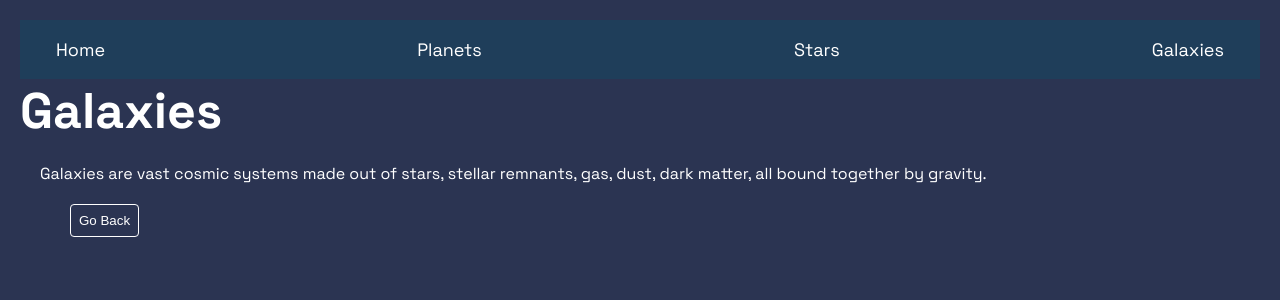
Repository: rmdayberry/Cosmic-Encyclopedia
Page: /galaxies
The author's editor kept a copy of each file at every save. The page is drawn from the files as they stood at one save, then again after the next save.
The browser window is 1280 px wide. The pictures show the whole page.
The project was rebuilt for these pictures with package versions that can differ from the ones it lists, and the page was loaded fresh each time. Also part of the build but not shown: vite.config.js, src/pages/Homepage.js.

Above is the page before, as saved 2024-08-31 16:12:11.

After the next save:
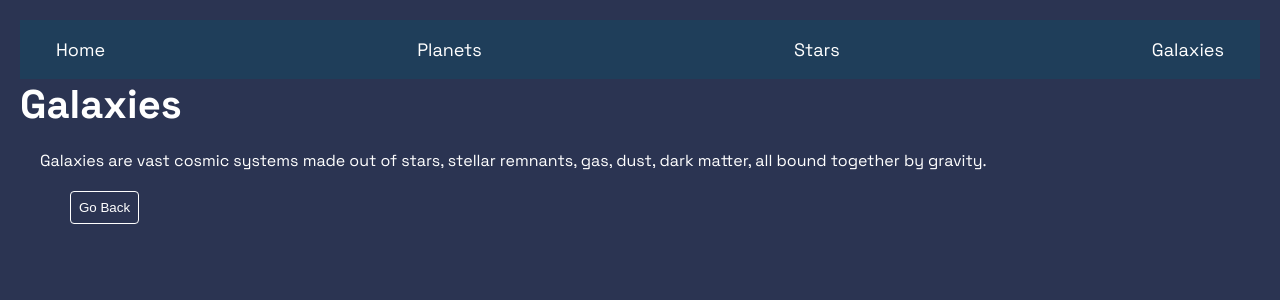
Saved 4 s later.
--- a/src/index.css
+++ b/src/index.css
@@ -60,5 +60,5 @@ button {
 }
 
 .content-title {
-  font-size: 50px;
+  font-size: 40px;
 }
